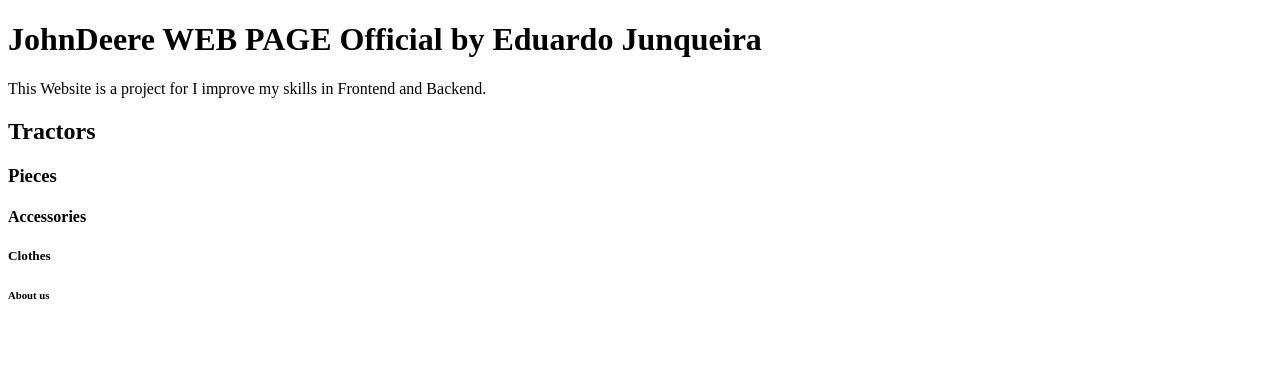
Repository: EduardoJunqueira2004/WEBJohnDeere
Page: index.html
An editor plug-in stored every save of this project. The page is shown before and after a run of saves, followed by the edit.
The browser window is 1280 px wide. The pictures show the whole page.

Above is the page before, as saved 2024-12-05 10:58:33.

After the next 9 saves:
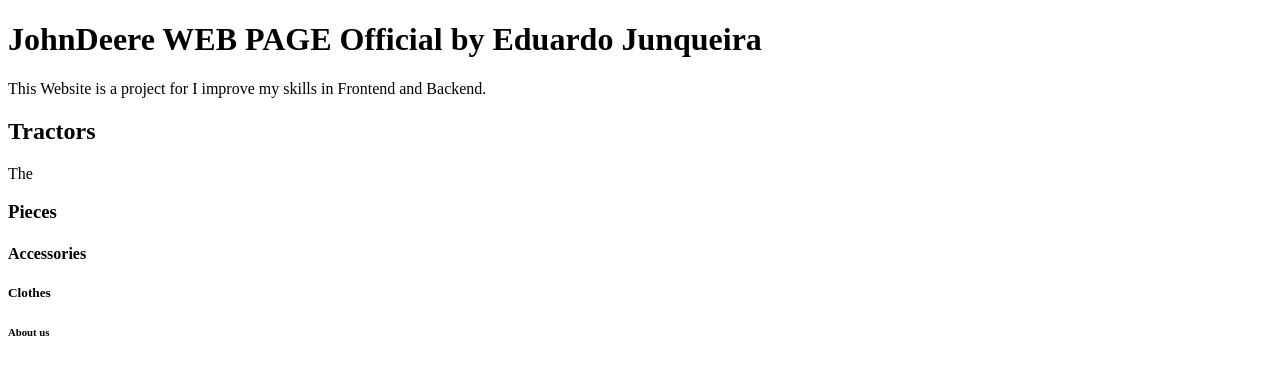
The 9 saves are shown as one change because they came seconds apart.
The last was saved 13 s later.
--- a/index.html
+++ b/index.html
@@ -13,6 +13,9 @@
     </p>
     <!--heder2-->
     <h2>Tractors</h2>
+    <p>
+        The
+    </p>
     <!--heder3-->
     <h3>Pieces</h3>
     <!--heder4-->
